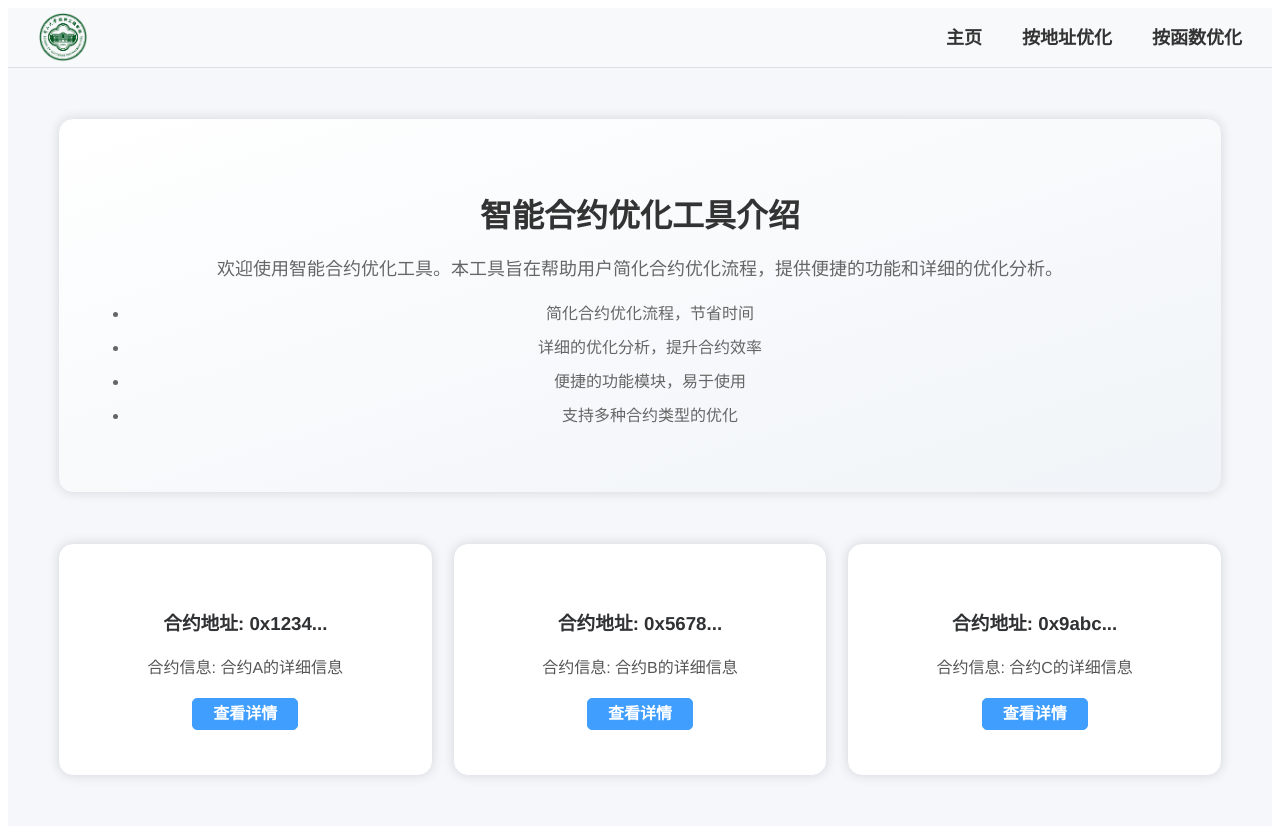
Repository: syckcoding/SmartHalo
Page: /
The author's editor kept a copy of each file at every save. The page is drawn from the files as they stood at one save, then again after the next save.
The browser window is 1280 px wide. The pictures show the whole page.
The project was rebuilt for these pictures with package versions that can differ from the ones it lists, and the page was loaded fresh each time. Also part of the build but not shown: vite.config.js, src/views/Detail.vue.

Above is the page before, as saved 2024-10-05 11:40:56.

### src/main.js
import { createApp } from 'vue';
import App from './App.vue';
import router from './router';
import ElementPlus from 'element-plus';
import 'element-plus/dist/index.css';

createApp(App).use(router).use(ElementPlus).mount('#app');

### src/App.vue
<template>
  <div id="app">
    <Navbar />
    <router-view />
  </div>
</template>

<script>
import Navbar from './components/Navbar.vue';

export default {
  components: {
    Navbar,
  },
};
</script>

<style>
/* 样式设置 */
#app {
  font-family: Avenir, Helvetica, Arial, sans-serif;
  text-align: center;
  color: #2c3e50;
}
</style>

### src/router/index.js
import { createRouter, createWebHistory } from 'vue-router';
import Home from '../views/Home.vue';
import Detail from '../views/Detail.vue';

const routes = [
  { path: '/', name: 'Home', component: Home },
  { path: '/detail/:id', name: 'Detail', component: Detail, props: true },
];

const router = createRouter({
  history: createWebHistory(process.env.BASE_URL),
  routes,
});

export default router;

### src/components/Navbar.vue
<template>
  <el-menu :default-active="activeIndex" class="el-menu-demo" mode="horizontal">
    <el-menu-item index="0" class="logo-item">
      <img src="@/assets/intro-image.png" alt="工具LOGO" class="intro-logo" />
    </el-menu-item>
    <div class="menu-right">
      <el-menu-item index="1" @click="goToHome">主页</el-menu-item>
      <el-menu-item index="2" @click="goToAddressOptimization">按地址优化</el-menu-item>
      <el-menu-item index="3" @click="goToFunctionOptimization">按函数优化</el-menu-item>
    </div>
  </el-menu>
</template>

<script>
export default {
  data() {
    return {
      activeIndex: '1',
    };
  },
  methods: {
    goToHome() {
      this.$router.push({ name: 'Home' });
    },
    goToAddressOptimization() {
      this.$router.push({ name: 'Detail', params: { mode: 'address' } });
    },
    goToFunctionOptimization() {
      this.$router.push({ name: 'Detail', params: { mode: 'function' } });
    },
  },
};
</script>

<style scoped>
.el-menu-demo {
  background-color: #f8f9fa;  /* 浅灰色背景，与主页阴影一致 */
  color: #333;
  padding: 10px;
  display: flex;  /* 使用Flex布局 */
  align-items: center;
  justify-content: space-between; /* 主轴两端对齐，使左侧logo与右侧菜单分别靠边 */
}

.logo-item {
  pointer-events: none;
}

.intro-logo {
  width: 50px;
  height: 50px;
  margin-right: 20px;
}

.el-menu-demo .el-menu-item {
  color: #333;
  font-size: 18px;
  font-weight: bold;
  padding: 0 20px;
  transition: color 0.3s ease;
}

.menu-right {
  display: flex;
}
</style>
\

### src/views/Home.vue
<template>
    <div>
      <HomePage />
    </div>
  </template>

  <script>
  import HomePage from '../components/HomePage.vue';

  export default {
    components: {
      HomePage,
    },
  };
  </script>

  <style scoped>
  /* 可根据需要添加样式 */
  </style>

### src/components/HomePage.vue
<!-- <template>
  <div class="home">
    <el-row :gutter="20" class="intro-section">
      <el-col :span="24">
        <el-card class="intro-card">
          <h1 class="intro-title">智能合约优化工具介绍</h1>
          <p class="intro-description">这里是对工具的介绍，包括其主要功能和特色。</p>
        </el-card>
      </el-col>
    </el-row>

    <el-row :gutter="20" class="contracts">
      <el-col :span="8" v-for="contract in contracts" :key="contract.id">
        <el-card class="box-card">
          <div class="card-header">
            <h3>合约地址: {{ contract.address }}</h3>
          </div>
          <div class="card-content">
            <p>合约信息: {{ contract.info }}</p>
          </div>
          <div class="card-actions center-button">
            <el-button type="primary" @click="viewDetails(contract.id)">查看详情</el-button>
          </div>
        </el-card>
      </el-col>
    </el-row>
  </div>
</template>

<script>
export default {
  data() {
    return {
      contracts: [
        { id: 1, address: '0x1234...', info: '合约A的详细信息' },
        { id: 2, address: '0x5678...', info: '合约B的详细信息' },
        { id: 3, address: '0x9abc...', info: '合约C的详细信息' },
      ],
    };
  },
  methods: {
    viewDetails(contractId) {
      this.$router.push({ name: 'Detail', params: { id: contractId } });
    },
  },
};
</script>

<style scoped>
.home {
  padding: 40px;
  background-color: #f8f9fa;
}
.intro-section {
  margin-bottom: 40px;
}
.intro-card {
  padding: 20px;
  min-height: 350px;
  background-color: #ffffff;
  border-radius: 10px;
  box-shadow: 0 4px 8px rgba(0, 0, 0, 0.1);
}
.intro-title {
  font-size: 28px;
  font-weight: bold;
  color: #333;
  margin-bottom: 10px;
}
.intro-description {
  font-size: 16px;
  color: #666;
}
.contracts {
  margin-top: 20px;
}
.box-card {
  padding: 20px;
  background-color: #ffffff;
  border-radius: 10px;
  box-shadow: 0 4px 8px rgba(0, 0, 0, 0.1);
  transition: transform 0.3s ease;
}
.box-card:hover {
  transform: translateY(-5px);
}
.card-header {
  margin-bottom: 10px;
}
.card-content {
  font-size: 14px;
  color: #555;
  margin-bottom: 15px;
}
.card-actions {
  text-align: center;
  display: flex;
  justify-content: center;
  align-items: center;
}
.center-button {
  margin-top: 15px;
}
.el-button {
  background-color: #409eff;
  border-color: #409eff;
  color: #ffffff;
}
.el-button:hover {
  background-color: #66b1ff;
  border-color: #66b1ff;
}
</style> -->

<!-- <template>
  <div class="home">
    <el-row :gutter="20" class="intro-section">
      <el-col :span="24">
        <el-card class="intro-card">
          <h1 class="intro-title">智能合约优化工具介绍</h1>
          <p class="intro-description">欢迎使用智能合约优化工具。本工具旨在帮助用户简化合约优化流程，提供便捷的功能和详细的优化分析。</p>
        </el-card>
      </el-col>
    </el-row>

    <el-row :gutter="20" class="contracts">
      <el-col :span="8" v-for="contract in contracts" :key="contract.id">
        <el-card class="box-card">
          <div class="card-header">
            <h3>合约地址: {{ contract.address }}</h3>
          </div>
          <div class="card-content">
            <p>合约信息: {{ contract.info }}</p>
          </div>
          <div class="card-actions center-button">
            <el-button type="primary" @click="viewDetails(contract.id)" class="details-button">查看详情</el-button>
          </div>
        </el-card>
      </el-col>
    </el-row>
  </div>
</template>

<script>
export default {
  data() {
    return {
      contracts: [
        { id: 1, address: '0x1234...', info: '合约A的详细信息' },
        { id: 2, address: '0x5678...', info: '合约B的详细信息' },
        { id: 3, address: '0x9abc...', info: '合约C的详细信息' },
      ],
    };
  },
  methods: {
    viewDetails(contractId) {
      this.$router.push({ name: 'Detail', params: { id: contractId } });
    },
  },
};
</script>

<style scoped>
.home {
  padding: 50px;
  background-color: #f5f7fa; /* 柔和的浅灰色背景，减少视觉疲劳 */
}
.intro-section {
  margin-bottom: 50px;
}
.intro-card {
  padding: 30px;
  min-height: 300px;
  background-color: #ffffff;
  border-radius: 15px; /* 增加圆角，使卡片更柔和 */
  box-shadow: 0 6px 12px rgba(0, 0, 0, 0.1); /* 加深阴影，突出卡片效果 */
}
.intro-title {
  font-size: 32px;
  font-weight: bold;
  color: #333;
  margin-bottom: 15px;
}
.intro-description {
  font-size: 18px;
  color: #666;
}
.contracts {
  margin-top: 30px;
}
.box-card {
  padding: 25px;
  background-color: #ffffff;
  border-radius: 15px;
  box-shadow: 0 6px 12px rgba(0, 0, 0, 0.1);
  transition: transform 0.3s ease, box-shadow 0.3s ease; /* 添加阴影和位置变化的过渡效果 */
}
.box-card:hover {
  transform: translateY(-8px);
  box-shadow: 0 12px 24px rgba(0, 0, 0, 0.15); /* 悬停时增加阴影，提升卡片的层次感 */
}
.card-header {
  margin-bottom: 15px;
}
.card-content {
  font-size: 16px;
  color: #555;
  margin-bottom: 20px;
}
.card-actions {
  text-align: center;
  display: flex;
  justify-content: center;
  align-items: center;
}
.center-button {
  margin-top: 20px;
}
.details-button {
  background-color: #409eff;
  border-color: #409eff;
  color: #ffffff;
  padding: 10px 20px;
  font-size: 16px;
  font-weight: bold;
  border-radius: 5px;
}
.details-button:hover {
  background-color: #66b1ff;
  border-color: #66b1ff;
}
</style> -->

<template>
  <div class="home">
    <el-row :gutter="20" class="intro-section">
      <el-col :span="24">
        <el-card class="intro-card">
          <h1 class="intro-title">智能合约优化工具介绍</h1>
          <p class="intro-description">欢迎使用智能合约优化工具。本工具旨在帮助用户简化合约优化流程，提供便捷的功能和详细的优化分析。</p>
          <ul class="intro-features">
            <li>简化合约优化流程，节省时间</li>
            <li>详细的优化分析，提升合约效率</li>
            <li>便捷的功能模块，易于使用</li>
            <li>支持多种合约类型的优化</li>
          </ul>
        </el-card>
      </el-col>
    </el-row>

    <el-row :gutter="20" class="contracts">
      <el-col :span="8" v-for="contract in contracts" :key="contract.id">
        <el-card class="box-card">
          <div class="card-header">
            <h3>合约地址: {{ contract.address }}</h3>
          </div>
          <div class="card-content">
            <p>合约信息: {{ contract.info }}</p>
          </div>
          <div class="card-actions center-button">
            <el-button type="primary" @click="viewDetails(contract.id)" class="details-button">查看详情</el-button>
          </div>
        </el-card>
      </el-col>
    </el-row>
  </div>
</template>

<script>
export default {
  data() {
    return {
      contracts: [
        { id: 1, address: '0x1234...', info: '合约A的详细信息' },
        { id: 2, address: '0x5678...', info: '合约B的详细信息' },
        { id: 3, address: '0x9abc...', info: '合约C的详细信息' },
      ],
    };
  },
  methods: {
    viewDetails(contractId) {
      this.$router.push({ name: 'Detail', params: { id: contractId } });
    },
  },
};
</script>

<style scoped>
.home {
  padding: 50px;
  background-color: #f5f7fa; /* 柔和的浅灰色背景，减少视觉疲劳 */
}
.intro-section {
  margin-bottom: 50px;
}
.intro-card {
  padding: 30px;
  min-height: 300px;
  background: linear-gradient(to bottom right, #ffffff, #f0f4f8); /* 添加背景渐变，使卡片更具视觉吸引力 */
  border-radius: 15px; /* 增加圆角，使卡片更柔和 */
  box-shadow: 0 6px 12px rgba(0, 0, 0, 0.1); /* 加深阴影，突出卡片效果 */
}
.intro-title {
  font-size: 32px;
  font-weight: bold;
  color: #333;
  margin-bottom: 15px;
}
.intro-description {
  font-size: 18px;
  color: #666;
}
.intro-features {
  margin-top: 20px;
  padding-left: 20px;
  font-size: 16px;
  color: #666;
}
.intro-features li {
  margin-bottom: 10px;
}
.contracts {
  margin-top: 30px;
}
.box-card {
  padding: 25px;
  background-color: #ffffff;
  border-radius: 15px;
  box-shadow: 0 6px 12px rgba(0, 0, 0, 0.1);
  transition: transform 0.3s ease, box-shadow 0.3s ease; /* 添加阴影和位置变化的过渡效果 */
}
.box-card:hover {
  transform: translateY(-8px);
  box-shadow: 0 12px 24px rgba(0, 0, 0, 0.15); /* 悬停时增加阴影，提升卡片的层次感 */
}
.card-header {
  margin-bottom: 15px;
}
.card-content {
  font-size: 16px;
  color: #555;
  margin-bottom: 20px;
}
.card-actions {
  text-align: center;
  display: flex;
  justify-content: center;
  align-items: center;
}
.center-button {
  margin-top: 20px;
}
.details-button {
  background-color: #409eff;
  border-color: #409eff;
  color: #ffffff;
  padding: 10px 20px;
  font-size: 16px;
  font-weight: bold;
  border-radius: 5px;
}
.details-button:hover {
  background-color: #66b1ff;
  border-color: #66b1ff;
}
</style>

Loaded but not shown: index.html (common file)

After the next save:
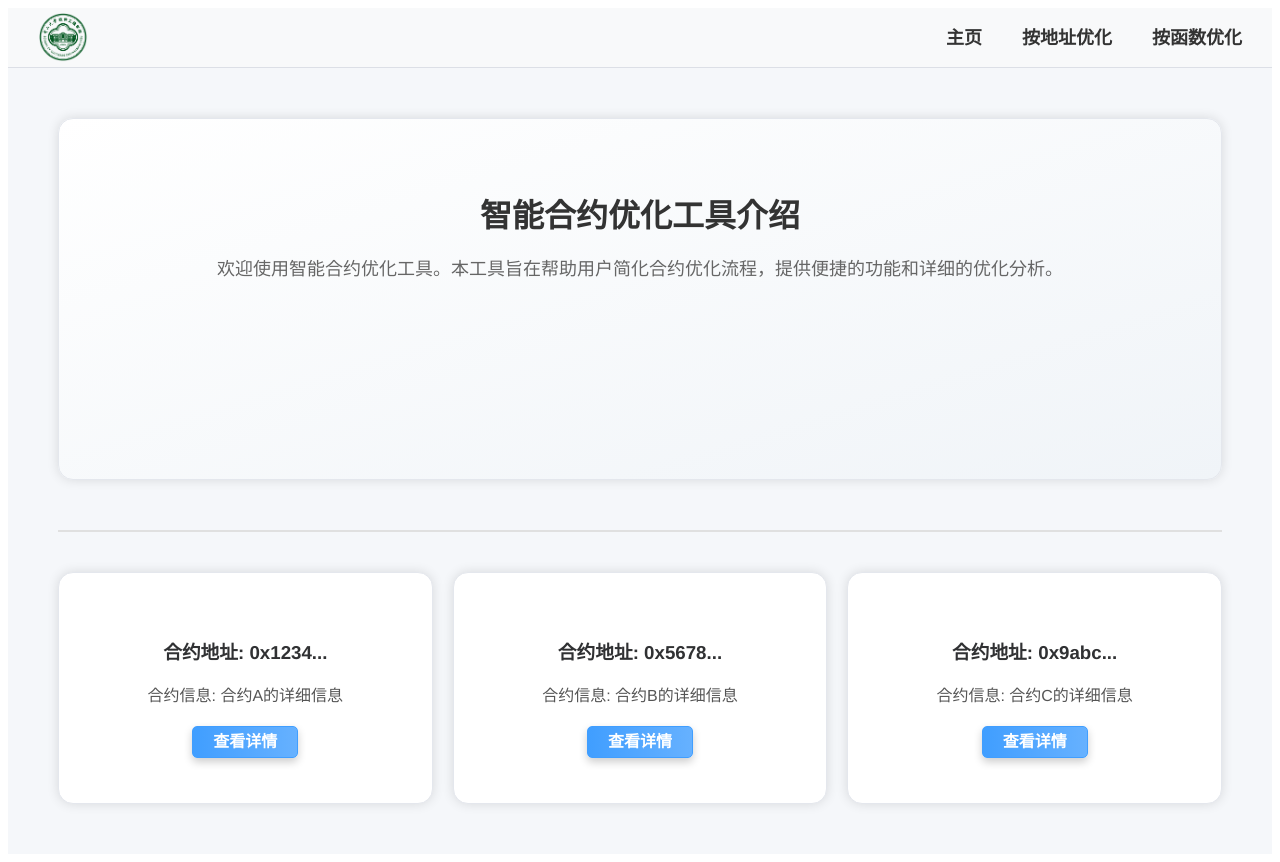
Saved 114 s later.
--- a/src/components/HomePage.vue
+++ b/src/components/HomePage.vue
@@ -238,15 +238,11 @@ export default {
         <el-card class="intro-card">
           <h1 class="intro-title">智能合约优化工具介绍</h1>
           <p class="intro-description">欢迎使用智能合约优化工具。本工具旨在帮助用户简化合约优化流程，提供便捷的功能和详细的优化分析。</p>
-          <ul class="intro-features">
-            <li>简化合约优化流程，节省时间</li>
-            <li>详细的优化分析，提升合约效率</li>
-            <li>便捷的功能模块，易于使用</li>
-            <li>支持多种合约类型的优化</li>
-          </ul>
-        </el-card>
-      </el-col>
-    </el-row>
+        </el-card>
+      </el-col>
+    </el-row>
+
+    <div class="divider"></div>
 
     <el-row :gutter="20" class="contracts">
       <el-col :span="8" v-for="contract in contracts" :key="contract.id">
@@ -258,7 +254,9 @@ export default {
             <p>合约信息: {{ contract.info }}</p>
           </div>
           <div class="card-actions center-button">
-            <el-button type="primary" @click="viewDetails(contract.id)" class="details-button">查看详情</el-button>
+            <el-button type="primary" @click="viewDetails(contract.id)" class="details-button">
+              <i class="el-icon-search"></i> 查看详情
+            </el-button>
           </div>
         </el-card>
       </el-col>
@@ -319,8 +317,13 @@ export default {
 .intro-features li {
   margin-bottom: 10px;
 }
+.divider {
+  height: 2px;
+  background-color: #e0e0e0;
+  margin: 40px 0; /* 增加顶部和底部间距，分隔引导和合约部分 */
+}
 .contracts {
-  margin-top: 30px;
+  margin-top: 40px;
 }
 .box-card {
   padding: 25px;
@@ -351,16 +354,17 @@ export default {
   margin-top: 20px;
 }
 .details-button {
-  background-color: #409eff;
+  background: linear-gradient(to right, #409eff, #66b1ff); /* 添加渐变背景，使按钮更显眼 */
   border-color: #409eff;
   color: #ffffff;
   padding: 10px 20px;
   font-size: 16px;
   font-weight: bold;
   border-radius: 5px;
+  box-shadow: 0 4px 8px rgba(0, 0, 0, 0.2); /* 添加轻微的发光效果，突出按钮 */
 }
 .details-button:hover {
-  background-color: #66b1ff;
+  background: linear-gradient(to right, #66b1ff, #409eff); /* 悬停时反向渐变，增强交互感 */
   border-color: #66b1ff;
 }
 </style>
